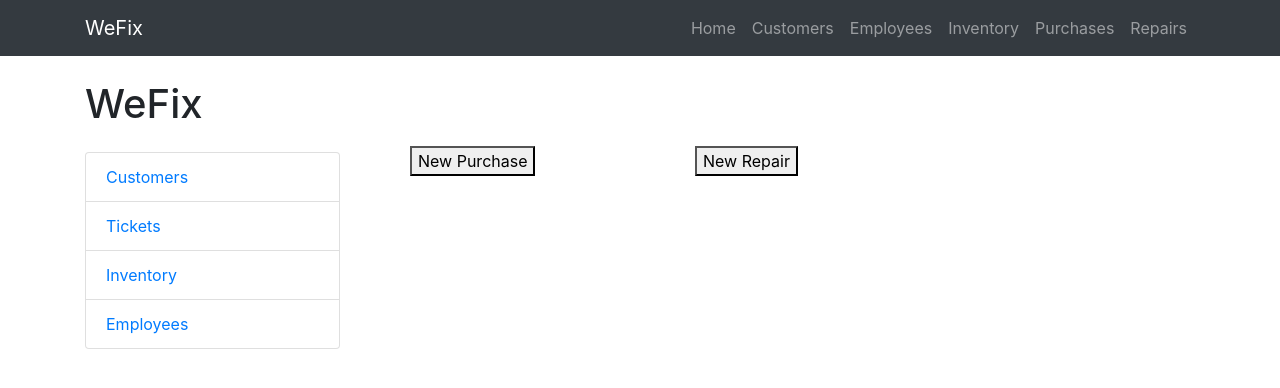
Repository: Map2g/WeFixPOS
Page: http://localhost/pages/index.php
The author's editor kept a record of every edit. The page is drawn from the files as they stood at one moment, then again after the next edit.
The browser window is 1280 px wide. The pictures show the whole page.
The page is run by PHP 8.4 with error messages shown; the project is at /var/www/html/. Other server files are loaded and not shown.

Above is the page before.

### pages/index.php
<?php include ('top.php'); session_start();?>

  <!-- Page Content -->
  <div class="container">

    <div class="row">

      <div class="col-lg-3">

        <h1 class="my-4">WeFix</h1>
        <div class="list-group">
          <a href="Customers.php" class="list-group-item">Customers</a>
          <a href="#" class="list-group-item">Tickets</a>
          <a href="Inventory.php" class="list-group-item">Inventory</a>
          <a href="Employees.php" class="list-group-item">Employees</a>
        </div>

      </div>
      <!-- /.col-lg-3 -->

      <div class="col-lg-9">

        <div class="row">

          <div class="col-lg-4 col-md-6 mb-4" style="top:90px; left:40px;">
              <a href="AddPurchaseForm.php"><button class="button">New Purchase</button></a>
          </div>
          <div class="col-lg-4 col-md-6 mb-4" style="top:90px; left:40px;">
            <a href="AddRepairFormGeneral.php"><button class="button">New Repair</button></a>
          </div>



      </div>
      <!-- /.col-lg-9 -->

    </div>
    <!-- /.row -->

  </div>
  <!-- /.container -->

  <!-- Footer -->
  <!--<footer class="py-5 bg-dark fixed-bottom">-->
  <!--  <div class="container">-->
  <!--    <p class="m-0 text-center text-white">Copyright &copy; WeFix 2019</p>-->
  <!--  </div>-->
    <!-- /.container -->
  <!--</footer>-->

  <!-- Bootstrap core JavaScript -->
  <script src="vendor/jquery/jquery.min.js"></script>
  <script src="vendor/bootstrap/js/bootstrap.bundle.min.js"></script>

</body>

</html>

### pages/top.php
<!--Navbar included on every non-form page-->

<!DOCTYPE html>
<html lang="en">

<head>

  <meta charset="utf-8">
  <meta name="viewport" content="width=device-width, initial-scale=1, shrink-to-fit=no">
  <meta name="description" content="Database Project">
  <meta name="author" content="Team Wardia">

  <title>WeFix</title>

  <!-- Bootstrap core CSS -->
  <link href="vendor/bootstrap/css/bootstrap.min.css" rel="stylesheet">

  <!-- Custom styles for this template -->
  <link href="css/shop-homepage.css" rel="stylesheet">

</head>

<body>

  <!-- Navigation -->
  <nav class="navbar navbar-expand-lg navbar-dark bg-dark fixed-top">
    <div class="container">
      <a class="navbar-brand" href="index.php">WeFix</a>
      <h class="navbar-brand" style="color:#FFF; left:30px"></h>
      <button class="navbar-toggler" type="button" data-toggle="collapse" data-target="#navbarResponsive" aria-controls="navbarResponsive" aria-expanded="false" aria-label="Toggle navigation">
        <span class="navbar-toggler-icon"></span>
      </button>
      <div class="collapse navbar-collapse" id="navbarResponsive">
        <ul class="navbar-nav ml-auto">
          <li class="nav-item">
            <a class="nav-link" href="index.php">Home
              <span class="sr-only">(current)</span>
            </a>
          </li>
          <li class="nav-item">
            <a class="nav-link" href="Customers.php">Customers</a>
          </li>
          <li class="nav-item">
            <a class="nav-link" href="Employees.php">Employees</a>
          </li>
          <li class="nav-item">
            <a class="nav-link" href="Inventory.php">Inventory</a>
          </li>
          <li class="nav-item">
            <a class="nav-link" href="Purchase.php">Purchases</a>
          </li>
          <li class="nav-item">
            <a class="nav-link" href="Repairs.php">Repairs</a>
          </li>
        </ul>
      </div>
    </div>
  </nav>

<!--</html>-->

Loaded but not shown: css/shop-homepage.css (library)

After the next edit:
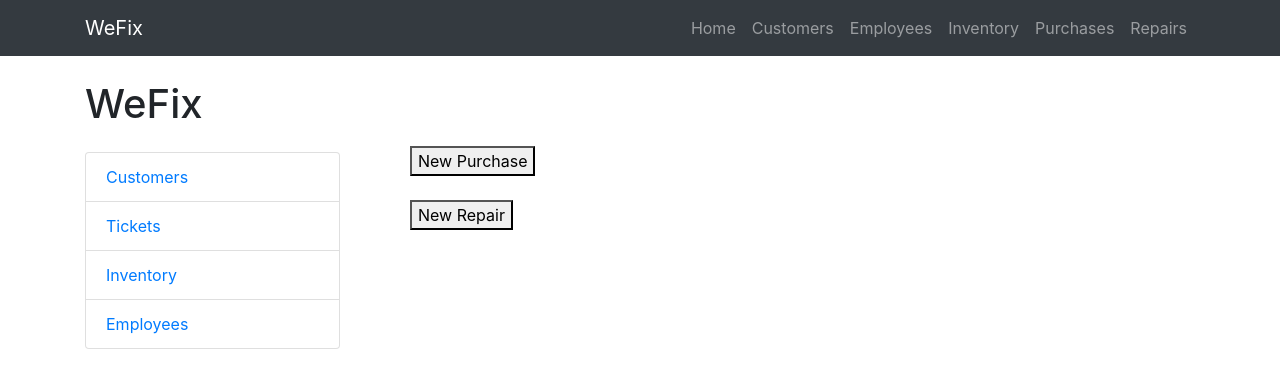
The edit:
--- a/pages/index.php
+++ b/pages/index.php
@@ -25,6 +25,9 @@
           <div class="col-lg-4 col-md-6 mb-4" style="top:90px; left:40px;">
               <a href="AddPurchaseForm.php"><button class="button">New Purchase</button></a>
           </div>
+        </div>
+        <!-- /.row -->
+        <div class="row">
           <div class="col-lg-4 col-md-6 mb-4" style="top:90px; left:40px;">
             <a href="AddRepairFormGeneral.php"><button class="button">New Repair</button></a>
           </div>
